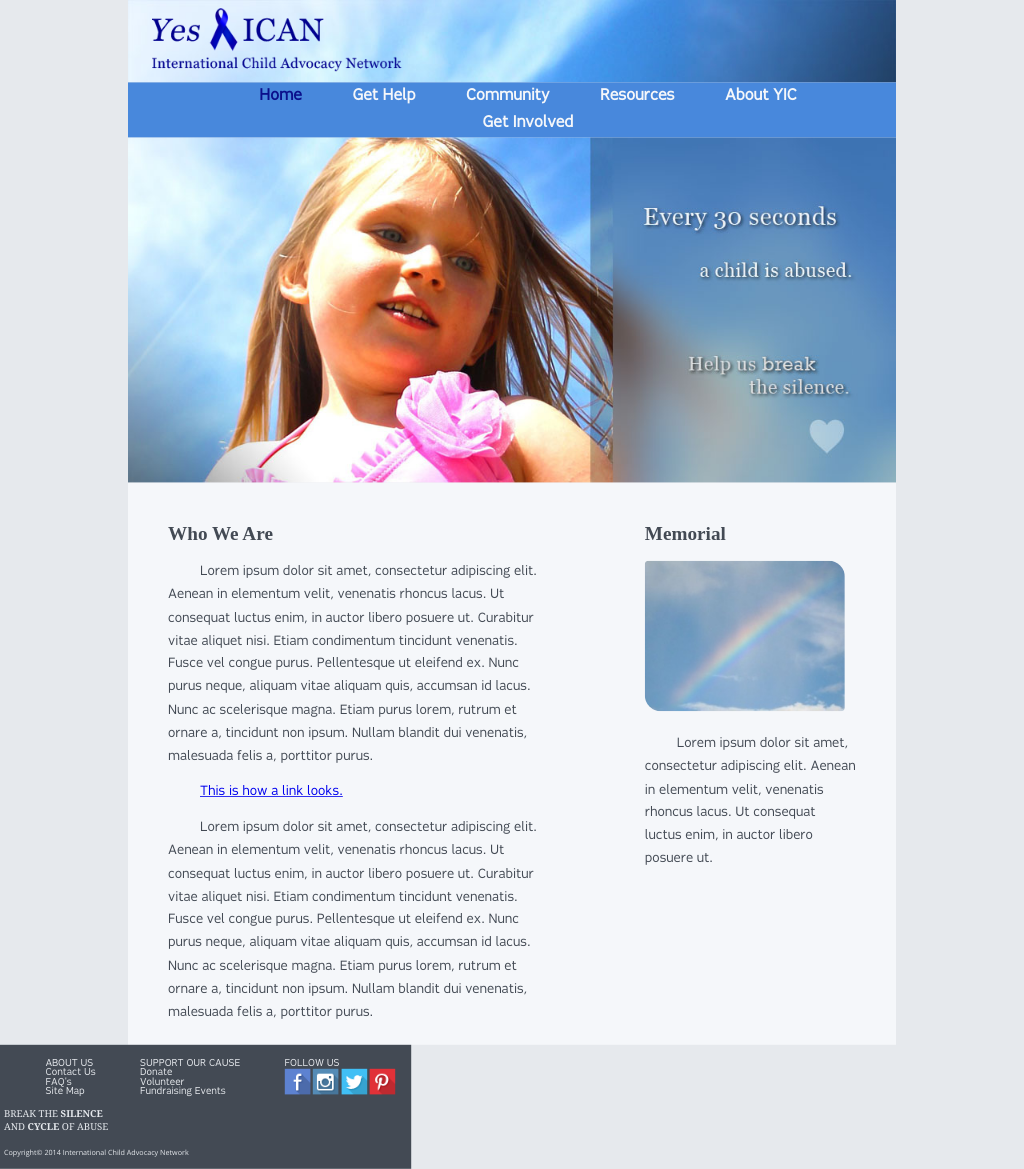
Repository: Rob21789/Yes-I-Can
Page: index.html
The author's editor kept a record of every edit. The page is drawn from the files as they stood at one moment, then again after the next edit.
The browser window is 1280 px wide. The pictures show the whole page, at 80% of full size.
Some web fonts or font styles are not loaded; a fallback is used.

Above is the page before.

After the next edit:
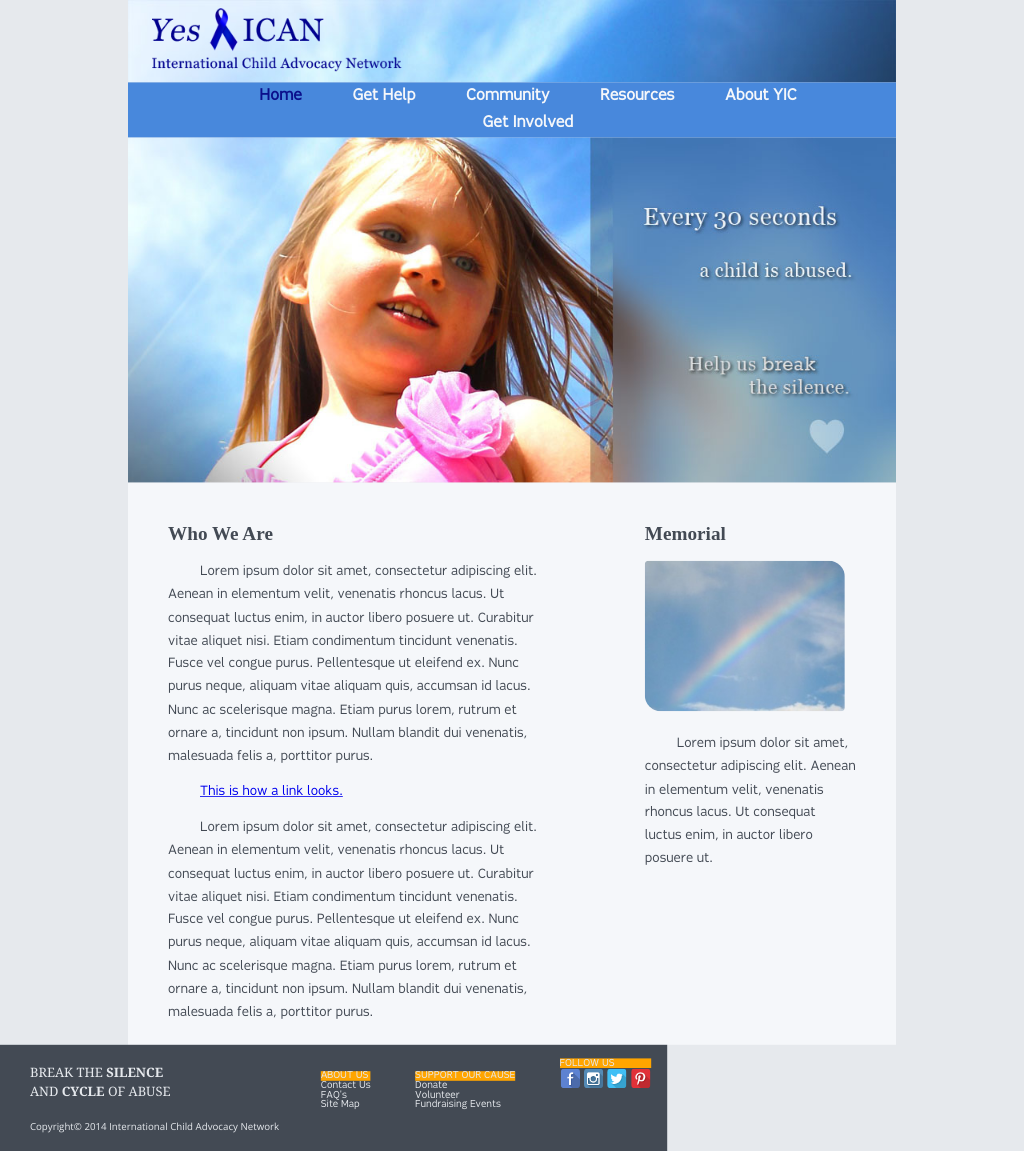
The edit:
--- a/css/main.css
+++ b/css/main.css
@@ -176,7 +176,7 @@
     float:right;
     margin-right:15px;
 }
-/*
+
 #footer-right li:nth-child(1) {
     background-color:orange;
 }
